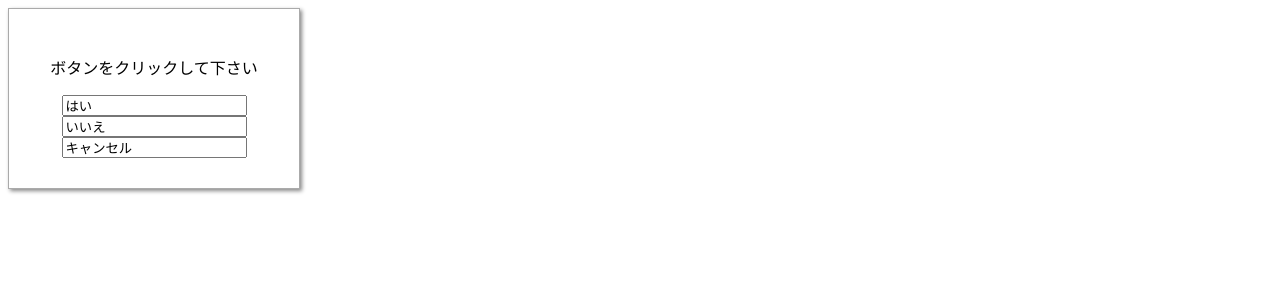
Repository: tameikimaziri/samurai_HTML-CSS
Page: index11.html
The author's editor kept a record of every edit. The page is drawn from the files as they stood at one moment, then again after the next edit.
The browser window is 1280 px wide. The pictures show the whole page.

Above is the page before.

After the next edit:
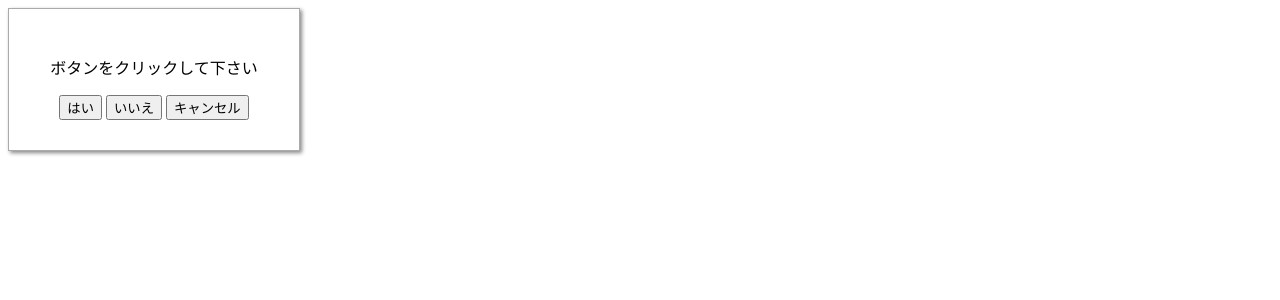
The edit:
--- a/index11.html
+++ b/index11.html
@@ -18,9 +18,9 @@
     <body>
       <form id="dialog" name="dialog">
           <p>ボタンをクリックして下さい</p>
-          <input type="bottun" name="yes" value="はい"/>
-          <input type="bottun" name="no" value="いいえ"/>
-          <input type="bottun" name="cancel" value="キャンセル"/>
+          <input type="button" name="yes" value="はい"/>
+          <input type="button" name="no" value="いいえ"/>
+          <input type="button" name="cancel" value="キャンセル"/>
       </form>
 
      <script>
